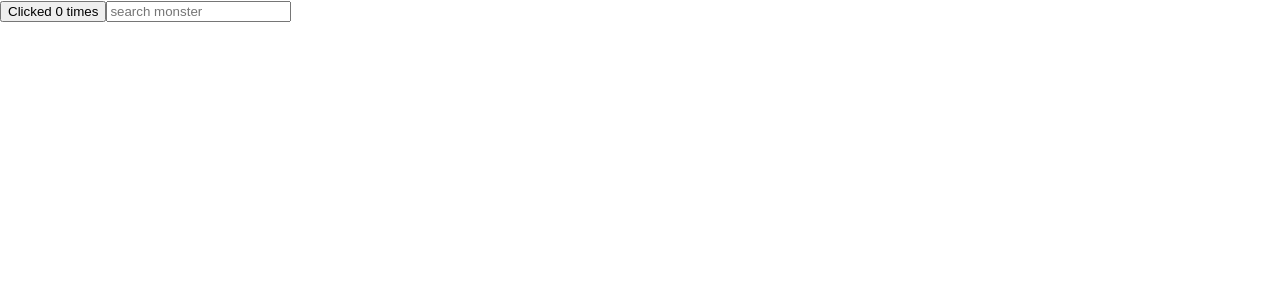
Repository: JavaidAhmadKhan/robo-friends-2.0
Page: /
An editor plug-in stored every save of this project. The page is shown before and after a run of saves, followed by the edit.
The browser window is 1280 px wide. The pictures show the whole page.
The page's requests for data from a server got no answer. The project was rebuilt for these pictures with package versions that can differ from the ones it lists, and the page was loaded fresh each time. No one was signed in, and anything a server would have sent is missing.

Above is the page before, as saved 2022-04-21 12:17:28.

### public/index.html
<!DOCTYPE html>
<html lang="en">
  <head>
    <meta charset="utf-8" />
    <link rel="icon" href="%PUBLIC_URL%/favicon.ico" />
    <meta name="viewport" content="width=device-width, initial-scale=1" />
    <meta name="theme-color" content="#000000" />
    <meta
      name="description"
      content="Web site created using create-react-app"
    />
    <link rel="apple-touch-icon" href="%PUBLIC_URL%/logo192.png" />
    <!--
      manifest.json provides metadata used when your web app is installed on a
      user's mobile device or desktop. See https://developers.google.com/web/fundamentals/web-app-manifest/
    -->
    <link rel="manifest" href="%PUBLIC_URL%/manifest.json" />
    <!--
      Notice the use of %PUBLIC_URL% in the tags above.
      It will be replaced with the URL of the `public` folder during the build.
      Only files inside the `public` folder can be referenced from the HTML.

      Unlike "/favicon.ico" or "favicon.ico", "%PUBLIC_URL%/favicon.ico" will
      work correctly both with client-side routing and a non-root public URL.
      Learn how to configure a non-root public URL by running `npm run build`.
    -->
    <title>Robo Friends 2.0</title>
  </head>
  <body>
    <noscript>You need to enable JavaScript to run this app.</noscript>
    <div id="root"></div>
    <!--
      This HTML file is a template.
      If you open it directly in the browser, you will see an empty page.

      You can add webfonts, meta tags, or analytics to this file.
      The build step will place the bundled scripts into the <body> tag.

      To begin the development, run `npm start` or `yarn start`.
      To create a production bundle, use `npm run build` or `yarn build`.
    -->
  </body>
</html>

### src/App.js
import { Component } from "react";
import "./App.css";
import MyButton from "./MyButton";

class App extends Component {
  constructor() {
    super();

    this.state = {
      monsters: [],
    };
  }

  componentDidMount() {
    fetch("https://jsonplaceholder.typicode.com/users")
      .then((response) => response.json())
      .then((users) =>
        this.setState(
          () => {
            return { monsters: users };
          },
          () => {
            console.log(this.state);
          }
        )
      );
  }

  render() {
    return (
      <div className="App">
        <MyButton />
        <input
          className="search-box"
          type="search"
          placeholder="search monster"
          onChange={(event) => {
            console.log(event.target.value);
            const searchString = event.target.value.toLowerCase();
            const filteredMonsters = this.state.monsters.filter((monster) => {
              return monster.name.toLowerCase().includes(searchString);
            });

            this.setState(() => {
              return { monsters: filteredMonsters };
            });
          }}
        />
        {this.state.monsters.map((monster) => {
          return (
            <div key={monster.id}>
              <h1>{monster.name}</h1>
              <h2>{monster.email}</h2>
            </div>
          );
        })}
      </div>
    );
  }
}

export default App;

### src/MyButton.js
import { useState } from "react";

function MyButton() {
  const [count, setCount] = useState(0);

  function handleClick() {
    setCount(count + 1);
  }

  return <button onClick={handleClick}>Clicked {count} times</button>;
}

export default MyButton;

Loaded but not shown: src/index.js (common file); src/index.css (common file); src/reportWebVitals.js (common file); src/App.css (common file)

After the next 2 saves:
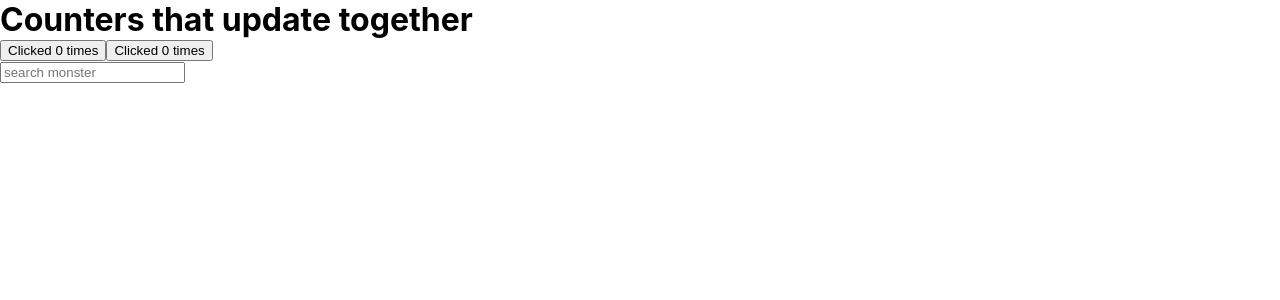
The 2 saves are shown as one change because they came seconds apart.
The last was saved 4 min 42 s later.
--- a/src/MyButton.js
+++ b/src/MyButton.js
@@ -1,13 +1,21 @@
 import { useState } from "react";
 
-function MyButton() {
+function MyButton({ count, onClick }) {
+  return <button onClick={onClick}>Clicked {count} times</button>;
+}
+
+export default function MyApp() {
   const [count, setCount] = useState(0);
 
   function handleClick() {
     setCount(count + 1);
   }
 
-  return <button onClick={handleClick}>Clicked {count} times</button>;
+  return (
+    <div>
+      <h1>Counters that update together</h1>
+      <MyButton count={count} onClick={handleClick} />
+      <MyButton count={count} onClick={handleClick} />
+    </div>
+  );
 }
-
-export default MyButton;
